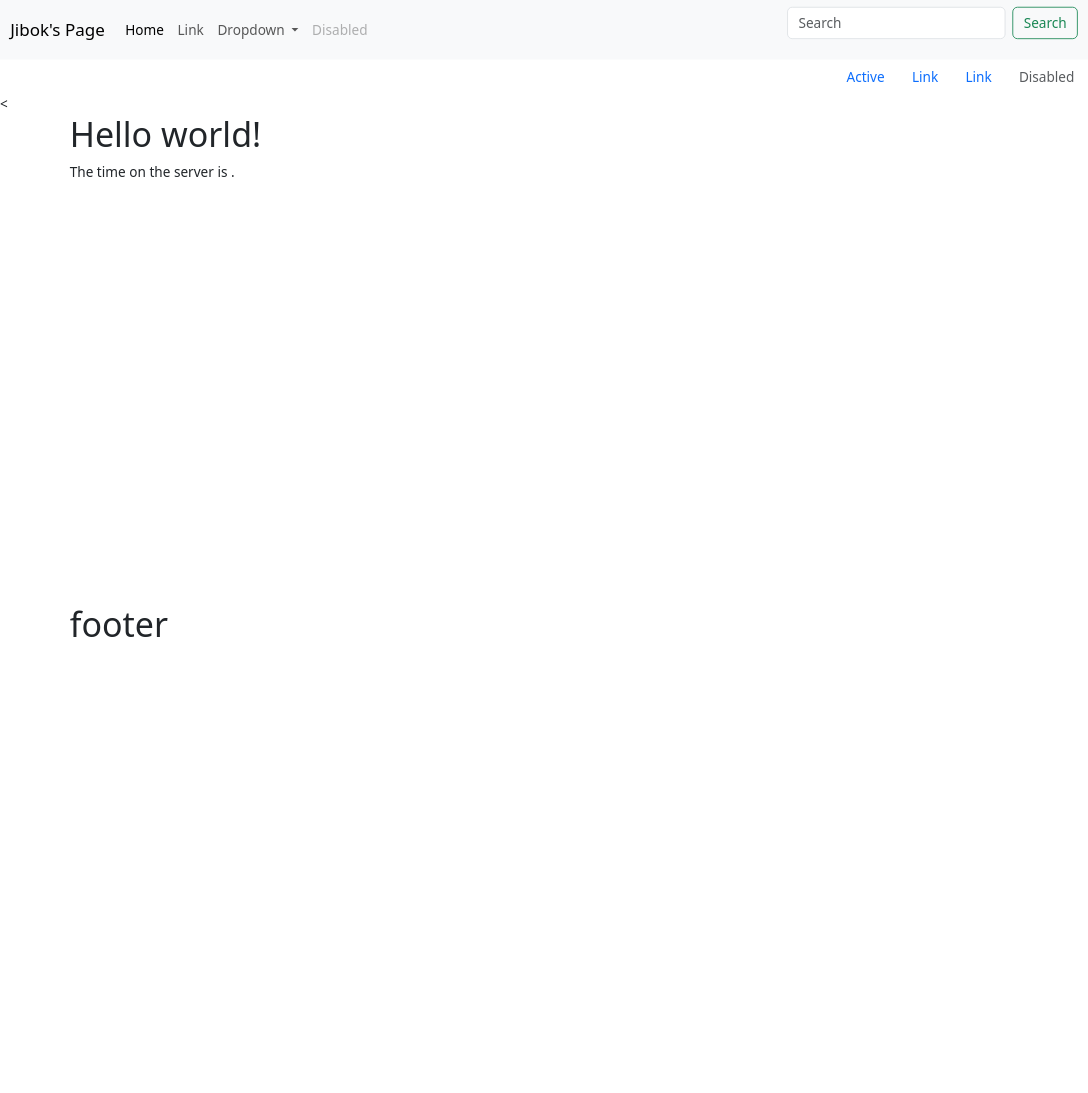
Repository: budflower44/Spring_project
Page: http://localhost/spring_seulmi/WEB-INF/views/index.jsp
These files come from the project's save history. The page is drawn as it stood at one moment and after the next save; the edit follows.
The browser window is 1280 px wide. The pictures show the whole page, at 85% of full size.
The page is served by Tomcat 9. Nobody is signed in. The template is opened directly, without the code that normally fills it, so the values that code supplies are empty.

Above is the page before, as saved 2024-01-17 05:04:41.

After the next save:
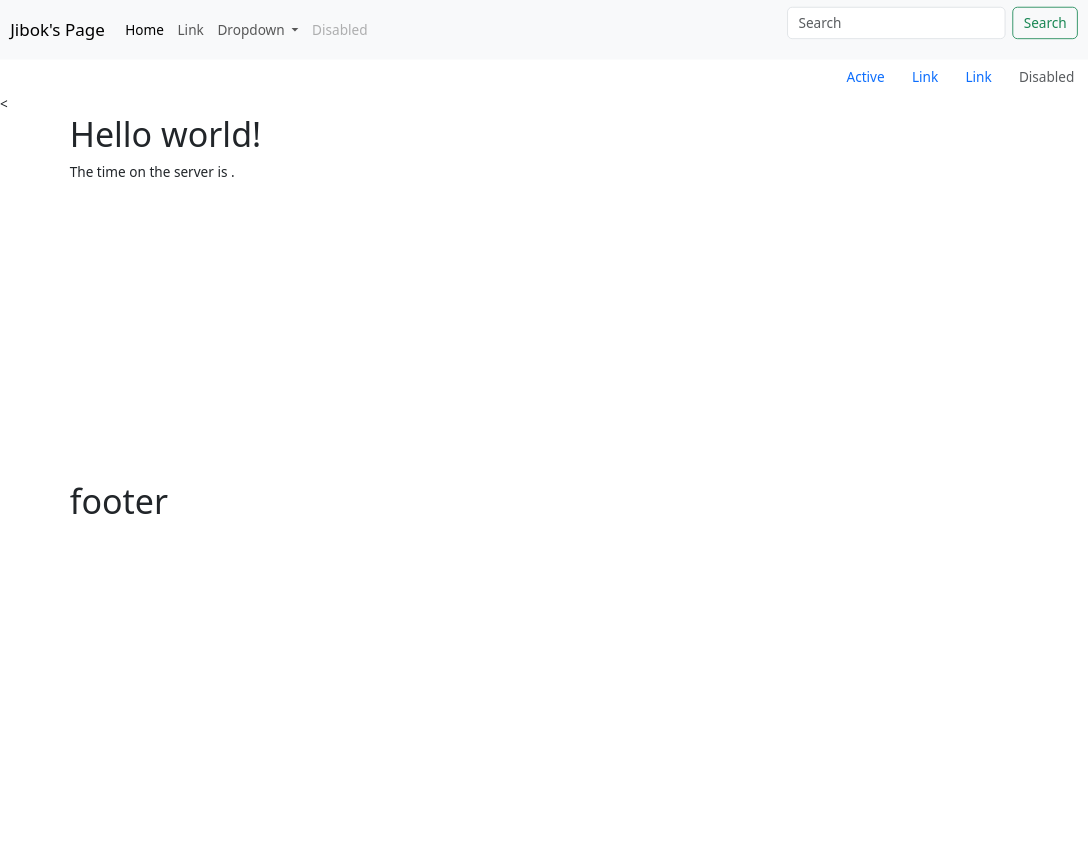
Saved 8 s later.
--- a/spring_seulmi/src/main/webapp/WEB-INF/views/index.jsp
+++ b/spring_seulmi/src/main/webapp/WEB-INF/views/index.jsp
@@ -3,7 +3,7 @@
 <jsp:include page="layout/Nav.jsp" />
 <<style>
 	.container{
-		height: 80vh;
+		height: 60vh;
 	}
 </style>
 
